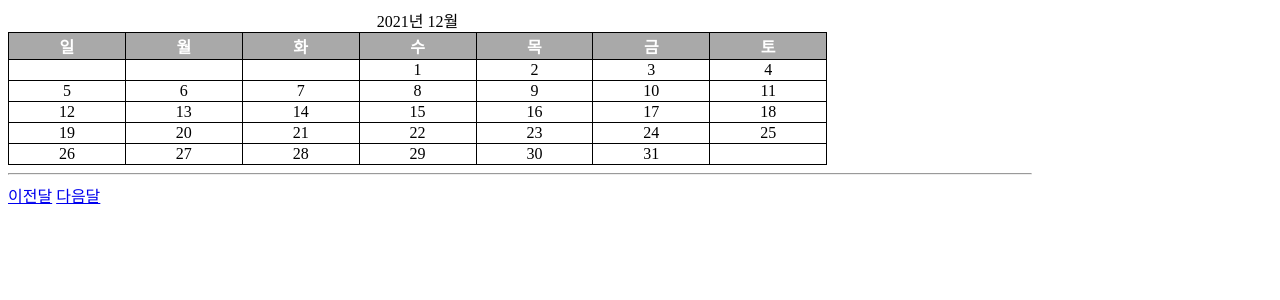
Repository: Jin0207/jsp
Page: http://localhost/day1210/calendarTest.jsp
These files come from the project's save history. The page is drawn as it stood at one moment and after the next save; the edit follows.
The browser window is 1280 px wide. The pictures show the whole page.
The page is served by Tomcat 9. Other server files are loaded and not shown.

Above is the page before, as saved 2021-12-10 07:13:54.

### day1210/src/main/webapp/calendarTest.jsp
<%@page import="java.util.Date"%>
<%@ page language="java" contentType="text/html; charset=EUC-KR"
    pageEncoding="EUC-KR"%>
<!DOCTYPE html>
<html>
<head>
<meta charset="EUC-KR">
<title>Insert title here</title>
<style type="text/css">
	body{
		width: 80%;
	}
	table, td, th{
		border: 1px solid black;
		text-align: center;
	}
	table{
		border-collapse: collapse;
		width: 80%;
	}
	.title{
		background: darkgray;
		color:white;
	}
</style>
</head>
<body>
	<%
		int[] lastDate = {31,28,31,30,31,30,31,31,30,31,30,31};
		String[] days = {"일","월","화","수","목","금","토"};
		Date today = new Date();
		int year = today.getYear();
		int month = today.getMonth();

		if(request.getParameter("month")!=null){
			year = Integer.parseInt(request.getParameter("year"));
			month = Integer.parseInt(request.getParameter("month"));

			if(month == 12){
				year ++;
				month=0;
			}
			if(month==-1){
				year--;
				month=11;
			}
		}

		Date day = new Date(year,month,1);
		int firstDay = day.getDay();
	%>
	<table>
		<caption> <%=year +1900%>년 <%=month+1 %>월</caption>
		<tr class="title">
			<%
				for(String d: days){
			%>
					<th><%=d %></th>
			<%
				}
			%>
		</tr>
		<tr>
			<%
				for(int i=1; i <= firstDay; i++){
			%>
					<td>&nbsp;</td>
			<%
				}
				for(int i=1; i<= lastDate[month]; i++){
			%>
						<td><%=i %></td>
						<%
						if( (i+firstDay) % 7 ==0){
						%>
								</tr><tr>
						<%
						}
				}
			%>
		</tr>
	</table>
	<hr>
	<a href="calendarTest.jsp?year=<%=year %>&month=<%=month-1%>">이전달</a>
	<a href="calendarTest.jsp?year=<%=year %>&month=<%=month+1%>">다음달</a>
</body>
</html>

After the next save:
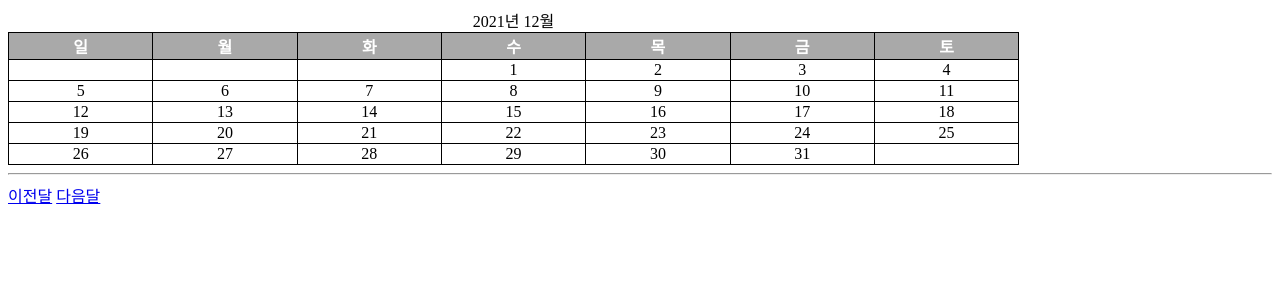
Saved 9 s later.
--- a/day1210/src/main/webapp/calendarTest.jsp
+++ b/day1210/src/main/webapp/calendarTest.jsp
@@ -7,9 +7,7 @@
 <meta charset="EUC-KR">
 <title>Insert title here</title>
 <style type="text/css">
-	body{
-		width: 80%;
-	}
+
 	table, td, th{
 		border: 1px solid black;
 		text-align: center;
